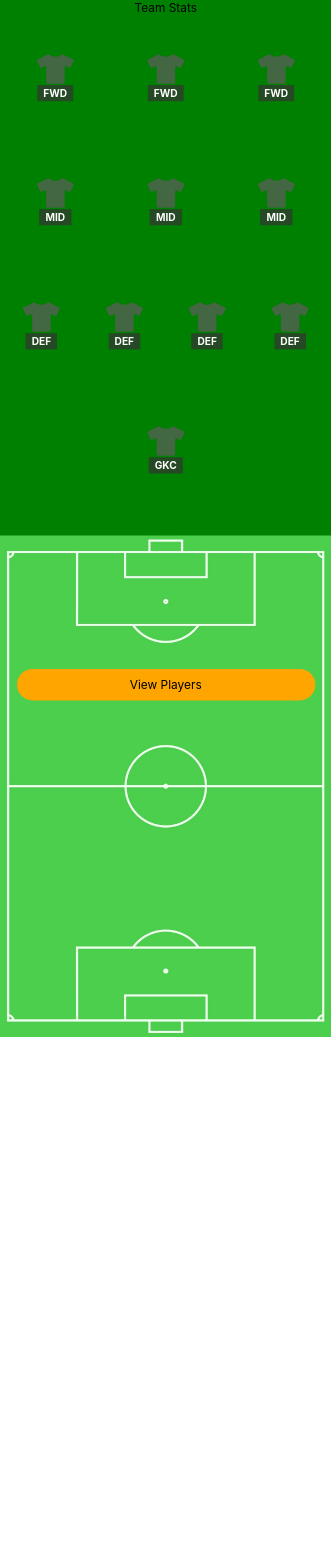
Repository: JavaidAhmadKhan/UEFA
Screen: /
An editor plug-in stored every save of this project. The screen is shown before and after the next save, followed by the edit.
The pictures are shown at 85% of full size.
The app was drawn by React Native's web renderer in a window 390 px wide. The project was rebuilt for these pictures with package versions that can differ from the ones it lists, and the page was loaded fresh each time. Some packages were replaced by stand-ins written for this rebuild.

Above is the screen before, as saved 2021-07-07 11:57:38.

After the next save:
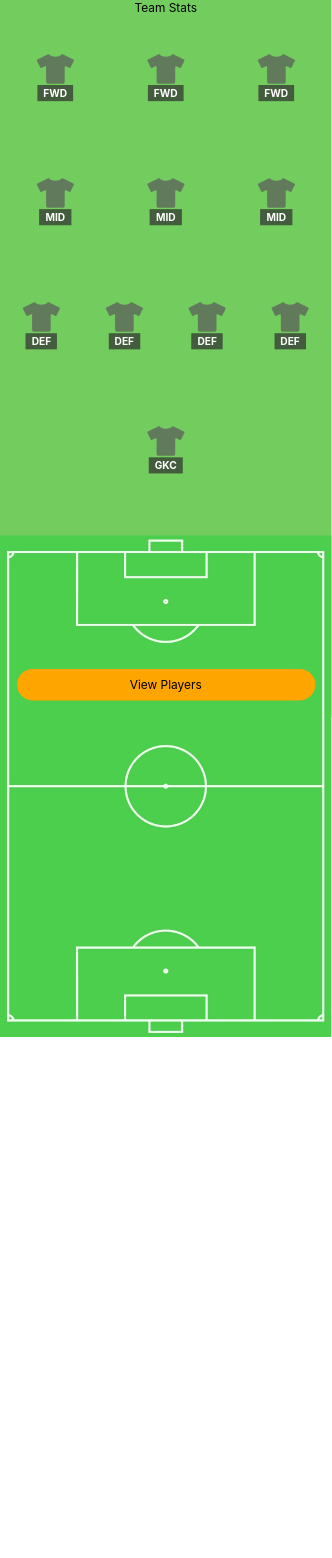
Saved 29 s later.
--- a/screens/TabOneScreen.tsx
+++ b/screens/TabOneScreen.tsx
@@ -30,7 +30,7 @@ const styles = StyleSheet.create({
   container: {
     flex: 1,
     alignItems: "center",
-    backgroundColor: "green",
+    backgroundColor: "#72CC5E",
     paddingTop: Platform.OS === "android" ? 30 : 0,
   },
   buttonContainer: {
